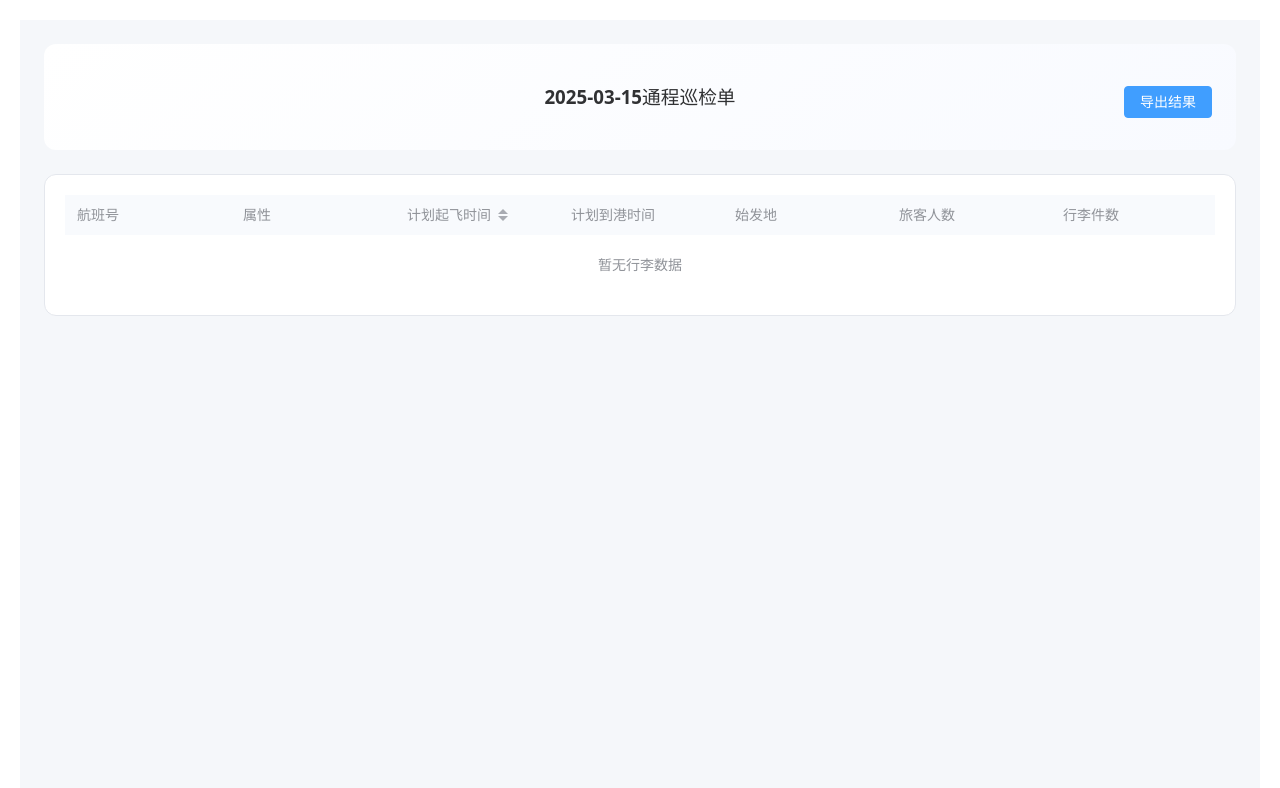
Repository: jhonMacTavish/through-baggage-info-check
Page: / (app in web/)
The author's editor kept a copy of each file at every save. The page is drawn from the files as they stood at one save, then again after the next save.
The browser window is 1280 px wide. The pictures show the whole page.
The page's requests for data from a server got no answer. The project was rebuilt for these pictures with package versions that can differ from the ones it lists, and the page was loaded fresh each time. No one was signed in, and anything a server would have sent is missing. Also part of the build but not shown: web/vite.config.js.

Above is the page before, as saved 2025-03-27 15:18:02.

After the next save:
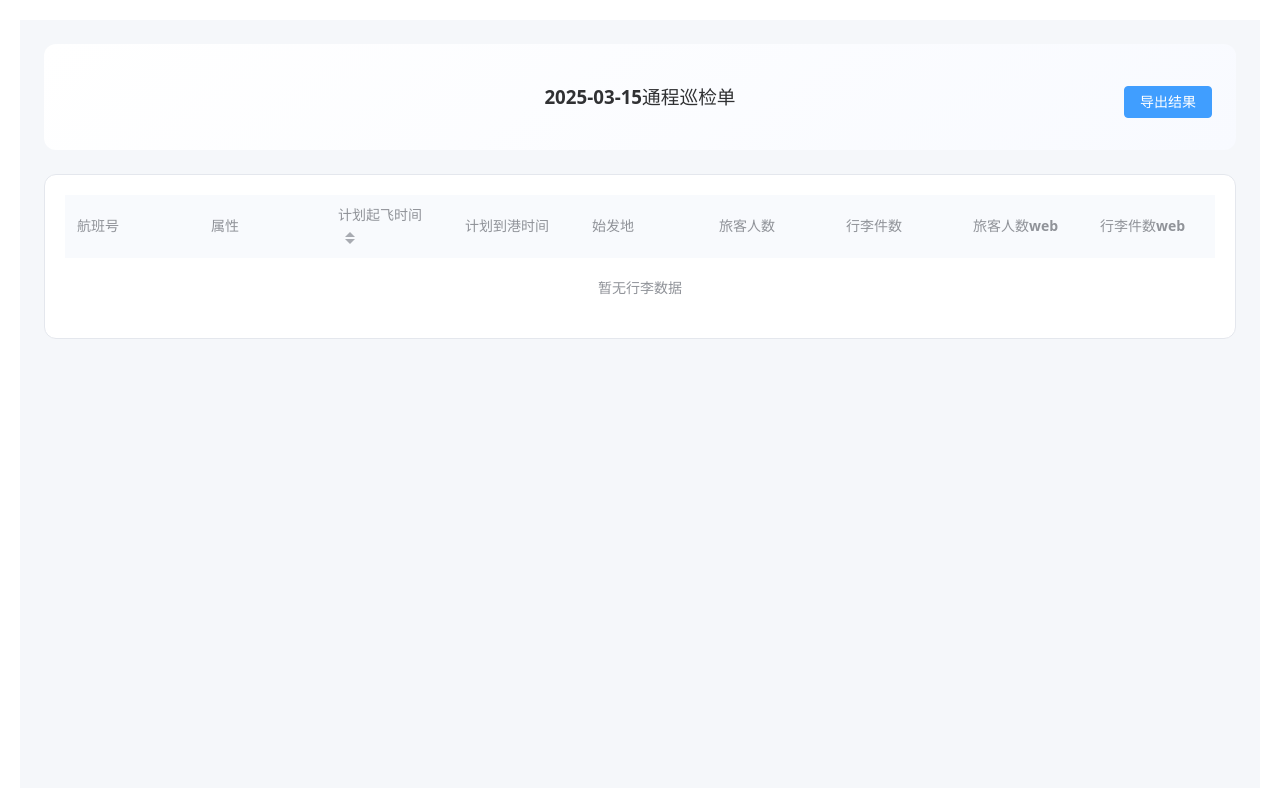
Saved 27 s later.
--- a/web/src/App.vue
+++ b/web/src/App.vue
@@ -113,6 +113,8 @@ onMounted(() => {
               <el-table-column prop="始发地" label="始发地" />
               <el-table-column prop="旅客人数" label="旅客人数" />
               <el-table-column prop="行李件数" label="行李件数" />
+              <el-table-column prop="旅客人数web" label="旅客人数web" />
+              <el-table-column prop="行李件数web" label="行李件数web" />
             </el-table>
           </el-skeleton>
         </el-card>
